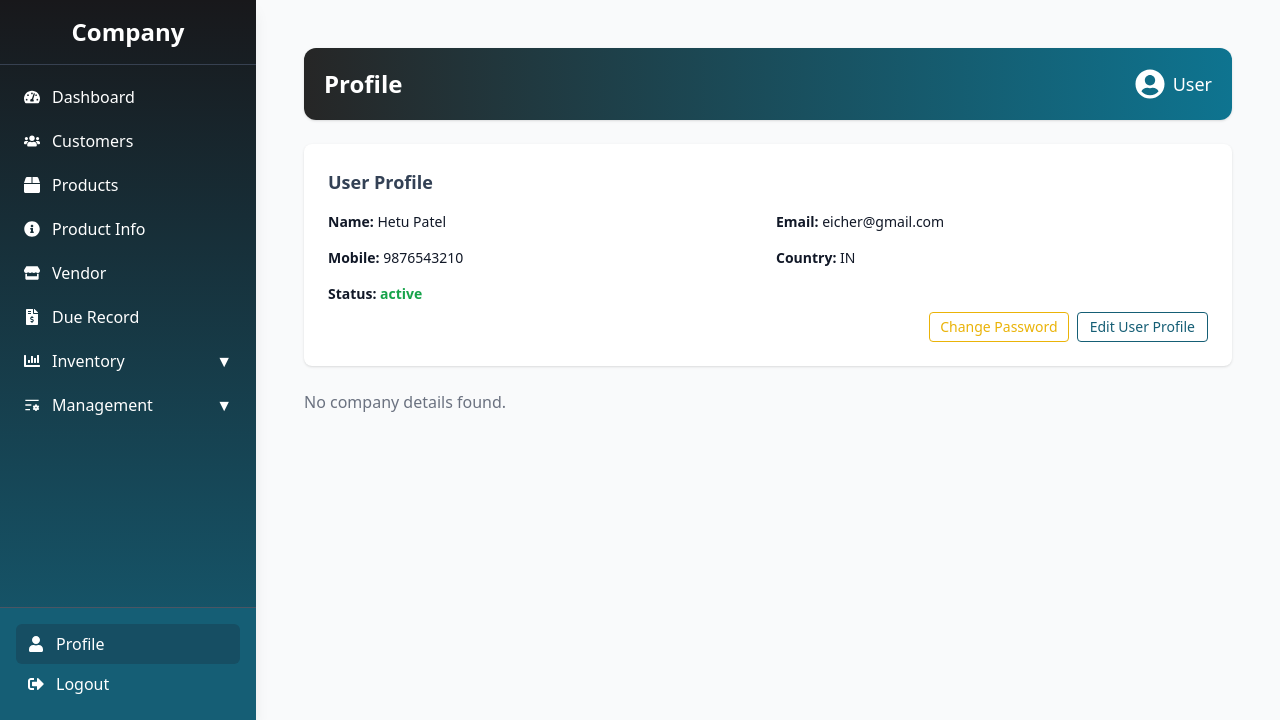
Repository: PalaiSoftware/React_Frontend
Page: /profile
An editor plug-in stored every save of this project. The page is shown before and after the next save, followed by the edit.
The browser window is 1280 px wide. The pictures show the whole page.
The page's requests for data from a server got no answer. The project was rebuilt for these pictures with package versions that can differ from the ones it lists, and the page was loaded fresh each time. No one was signed in, and anything a server would have sent is missing. Also part of the build but not shown: vite.config.js, src/pages/Home.jsx, src/pages/Login.jsx, src/pages/Register.jsx, src/components/Card.jsx, src/pages/Dashboard.jsx, src/components/Navbar.jsx, src/components/Footer.jsx and 12 more.

Above is the page before, as saved 2025-11-12 15:38:19.

### src/index.css
@tailwind base;
@tailwind components;
@tailwind utilities;

/* @import url('https://fonts.googleapis.com/css2?family=Raleway:wght@400;500;600;700&display=swap'); */

/* Optional: you can add global overrides here */
body {
  @apply bg-slate-50 text-gray-900;
}
/* body {
  font-family: 'Raleway', Arial, sans-serif;
} */


@keyframes slide-in {
  0% {
    opacity: 0;
    transform: translateX(100%);
  }
  100% {
    opacity: 1;
    transform: translateX(0);
  }
}

.animate-slide-in {
  animation: slide-in 0.3s ease-out forwards;
}

### src/layout/MainLayout.jsx
import { Outlet } from "react-router-dom";
import Sidebar from "../components/Sidebar";
import usePageTitle from "../hooks/usePageTitle"; // 👈 import the hook

export default function MainLayout() {
  usePageTitle(); // 👈 sets browser tab title dynamically

  return (
    <div className="flex min-h-screen bg-gray-50">
      {/* Sidebar (fixed) */}
      <Sidebar />

      {/* Main Content */}
      <main className="flex-1 md:ml-64 p-6 overflow-y-auto">
        <Outlet />
      </main>
    </div>
  );
}

### src/pages/Profile.jsx
import React, { useEffect, useState } from "react";
import { useNavigate } from "react-router-dom";
import Header from "../components/Header";
import { API_BASE_URL } from "../config";

const defaultUserFallback = {
  id: 2,
  rid: 1,
  name: "Hetu Patel",
  email: "eicher@gmail.com",
  mobile: "9876543210",
  country: "IN",
  role: "Admin",
  company_name: "EICHER MOTORS",
  user_status: "active",
  company_status: "active",
  address: "123 Main St, City, State",
  phone: "+1234567890",
  gst: "nmhjds296812",
  pan: "pan45545411",
  cid: 2,
  lastUpdated: "2025-09-12T00:00:00Z",
};

export default function Profile() {
  const navigate = useNavigate();

  const [user, setUser] = useState(() => {
    try {
      return JSON.parse(localStorage.getItem("user")) || defaultUserFallback;
    } catch {
      return defaultUserFallback;
    }
  });

  const [company, setCompany] = useState(null);
  const [loading, setLoading] = useState(false);
  const [toasts, setToasts] = useState([]);

  // Modals
  const [showEditUser, setShowEditUser] = useState(false);
  const [showEditCompany, setShowEditCompany] = useState(false);
  const [showChangePassword, setShowChangePassword] = useState(false);

  // Form states
  const [editUserData, setEditUserData] = useState({
    name: "",
    email: "",
    mobile: "",
    country: "",
  });
  const [editCompanyData, setEditCompanyData] = useState({
    name: "",
    phone: "",
    gst: "",
    pan: "",
    address: "",
    company_status: "active",
  });
  const [passwordForm, setPasswordForm] = useState({
    oldPassword: "",
    newPassword: "",
    confirmNewPassword: "",
  });

  // Password visibility
  const [showOldPwd, setShowOldPwd] = useState(false);
  const [showNewPwd, setShowNewPwd] = useState(false);
  const [showConfirmPwd, setShowConfirmPwd] = useState(false);

  //const API_BASE_URL = "http://127.0.0.1:8000/api"; // safe fallback
  const canAccessUserProfile = [1, 2, 3, 4, 5].includes(user?.rid);
  const canAccessCompanyProfile = [1, 2, 3].includes(user?.rid);

  // Toast helpers
  function addToast(message, isError = false) {
    const id = Date.now().toString();
    setToasts((t) => [...t, { id, message, isError }]);
    setTimeout(() => setToasts((t) => t.filter((x) => x.id !== id)), 3000);
  }

  function getAuthToken() {
    return localStorage.getItem("authToken");
  }

  function saveUserToLocal(u) {
    localStorage.setItem("user", JSON.stringify(u));
  }

  function performLogout() {
    localStorage.removeItem("authToken");
    localStorage.removeItem("user");
    localStorage.removeItem("selectedCompany");
    navigate("/login", { replace: true });
  }

  // API functions
  async function fetchUserDetails(userId) {
    try {
      const resp = await fetch(`${API_BASE_URL}/user/${userId}`, {
        headers: { Authorization: `Bearer ${getAuthToken()}` },
      });
      const data = await resp.json();
      return data.data || data.user || data;
    } catch {
      addToast("Failed to fetch user details", true);
      return null;
    }
  }

  async function fetchCompanyDetails(cid) {
    try {
      const resp = await fetch(`${API_BASE_URL}/clients/${cid}`, {
        headers: { Authorization: `Bearer ${getAuthToken()}` },
      });
      const data = await resp.json();
      return data.data || data.company || data;
    } catch {
      addToast("Failed to fetch company details", true);
      return null;
    }
  }

  async function updateUserDetailsAPI(userId, updatedData) {
    try {
      const resp = await fetch(`${API_BASE_URL}/user/${userId}`, {
        method: "PUT",
        headers: {
          Authorization: `Bearer ${getAuthToken()}`,
          "Content-Type": "application/json",
        },
        body: JSON.stringify(updatedData),
      });
      return await resp.json();
    } catch {
      addToast("Failed to update user", true);
      return null;
    }
  }

  async function updateCompanyDetailsAPI(cid, updatedData) {
    try {
      const resp = await fetch(`${API_BASE_URL}/clients/${cid}`, {
        method: "PUT",
        headers: {
          Authorization: `Bearer ${getAuthToken()}`,
          "Content-Type": "application/json",
        },
        body: JSON.stringify({
          name: updatedData.name,
          address: updatedData.address,
          phone: updatedData.phone,
          gst_no: updatedData.gst,
          pan: updatedData.pan,
          company_status: updatedData.company_status,
        }),
      });
      return await resp.json();
    } catch {
      addToast("Failed to update company", true);
      return null;
    }
  }

  async function changePasswordAPI(userId, data) {
    try {
      const resp = await fetch(`${API_BASE_URL}/change-password/${userId}`, {
        method: "POST",
        headers: {
          Authorization: `Bearer ${getAuthToken()}`,
          "Content-Type": "application/json",
        },
        body: JSON.stringify({
          email: user.email,
          old_password: data.oldPassword,
          new_password: data.newPassword,
          new_password_confirmation: data.confirmNewPassword,
        }),
      });
      return await resp.json();
    } catch {
      addToast("Failed to change password", true);
      return null;
    }
  }

  // Load user/company data
  useEffect(() => {
    async function load() {
      setLoading(true);
      const u = JSON.parse(localStorage.getItem("user")) || defaultUserFallback;
      const ud = await fetchUserDetails(u.id);
      if (ud) {
        const merged = { ...u, ...ud };
        setUser(merged);
        saveUserToLocal(merged);
      }
      if (canAccessCompanyProfile && u.cid) {
        const cd = await fetchCompanyDetails(u.cid);
        if (cd) setCompany(cd);
      }
      setLoading(false);
    }
    load();
    // eslint-disable-next-line react-hooks/exhaustive-deps
  }, []);

  const statusClass = (s) =>
    s === "active" ? "text-green-600 font-semibold" : "text-red-600 font-semibold";

  // Handlers
  async function handleUserSave(e) {
    e.preventDefault();
    const updatedUser = { ...user, ...editUserData };
    const result = await updateUserDetailsAPI(user.id, updatedUser);
    if (result?.status === "success") {
      saveUserToLocal(updatedUser);
      setUser(updatedUser);
      addToast("User updated successfully!");
      setShowEditUser(false);
      setTimeout(() => performLogout(), 1200);
    } else addToast("Failed to update user", true);
  }

  async function handleCompanySave(e) {
    e.preventDefault();
    const updated = { ...company, ...editCompanyData };
    const result = await updateCompanyDetailsAPI(user.cid, updated);
    if (result?.status === "success") {
      setCompany(updated);
      addToast("Company updated successfully!");
      setShowEditCompany(false);
    } else addToast("Failed to update company", true);
  }

  async function handleChangePassword(e) {
    e.preventDefault();
    if (passwordForm.newPassword !== passwordForm.confirmNewPassword)
      return addToast("Passwords do not match", true);

    const result = await changePasswordAPI(user.id, passwordForm);
    if (result?.status === "success") {
      addToast("Password changed successfully!");
      setShowChangePassword(false);
      setTimeout(() => performLogout(), 1200);
    } else addToast("Failed to change password", true);
  }

  return (
    <main className="flex-1 bg-gray-50 p-6">
      <Header
        title="Profile"
        bgColor="bg-gradient-to-r from-neutral-800 to-cyan-700 text-white"
      />

      {/* Toast Notifications */}
      <div className="fixed top-6 right-6 z-50 flex flex-col gap-2">
        {toasts.map((t) => (
          <div
            key={t.id}
            className={`px-4 py-2 rounded text-white shadow ${
              t.isError ? "bg-red-600" : "bg-green-600"
            }`}
          >
            {t.message}
          </div>
        ))}
      </div>

      {/* USER PROFILE */}
      {canAccessUserProfile ? (
        <div className="bg-white p-6 rounded-lg shadow mb-6">
            <h3 className="text-lg font-semibold text-slate-700 mb-1">
              User Profile
            </h3>


          <div className="grid grid-cols-1 sm:grid-cols-2 gap-4 text-sm mt-4">
            <p>
              <strong>Name:</strong> {user.name}
            </p>
            <p>
              <strong>Email:</strong> {user.email}
            </p>
            <p>
              <strong>Mobile:</strong> {user.mobile}
            </p>
            <p>
              <strong>Country:</strong> {user.country}
            </p>
            <p>
              <strong>Status:</strong>{" "}
              <span className={statusClass(user.user_status)}>
                {user.user_status}
              </span>
            </p>
          </div>
              <div className="flex flex-wrap justify-center sm:justify-end gap-2 mt-2">
            <button
              onClick={() => setShowChangePassword(true)}
              className="px-2.5 py-1 border border-yellow-500 text-yellow-500 rounded text-xs sm:text-sm hover:bg-yellow-500 hover:text-white transition-all"
            >
              Change Password
            </button>

            <button
              onClick={() => {
                setEditUserData(user);
                setShowEditUser(true);
              }}
              className="px-3 py-1 border border-cyan-800 text-cyan-800 rounded text-xs sm:text-sm hover:bg-cyan-800 hover:text-white transition-all"
            >
              Edit User Profile
            </button>
          </div>
        </div>
      ) : (
        <div className="text-red-600 font-semibold">
          Access denied to User Profile
        </div>
      )}

      {/* COMPANY PROFILE */}
      {canAccessCompanyProfile && company ? (
        <div className="bg-white p-6 rounded-lg shadow mb-6">
          <div className="flex justify-between items-center mb-4">
            <h3 className="text-lg font-semibold text-slate-700">
              Company Profile
            </h3>
            <button
              onClick={() => {
                setEditCompanyData(company);
                setShowEditCompany(true);
              }}
              className="px-3 py-1 border border-cyan-800 text-cyan-800 rounded text-sm hover:bg-cyan-800 hover:text-white"
            >
              Edit
            </button>
          </div>
          <div className="grid grid-cols-1 sm:grid-cols-2 gap-4 text-sm">
            <p>
              <strong>Company Name:</strong> {company.name}
            </p>
            <p>
              <strong>Address:</strong> {company.address}
            </p>
            <p>
              <strong>Phone:</strong> {company.phone}
            </p>
            <p>
              <strong>GST:</strong> {company.gst_no}
            </p>
            <p>
              <strong>PAN:</strong> {company.pan}
            </p>
            <p>
              <strong>Status:</strong>{" "}
              <span className={statusClass(company.company_status)}>
                {company.company_status}
              </span>
            </p>
          </div>
        </div>
      ) : (
        canAccessCompanyProfile && (
          <div className="text-gray-500">No company details found.</div>
        )
      )}

      {/* Edit User Modal */}
      {showEditUser && (
        <div className="fixed inset-0 bg-black/40 flex justify-center items-center z-50">
          <form
            onSubmit={handleUserSave}
            className="bg-white p-6 rounded-lg w-80 sm:w-96 space-y-3"
          >
            <h3 className="text-lg font-semibold mb-2">Edit User</h3>
            {["name", "email", "mobile", "country"].map((f) => (
              <input
                key={f}
                className="w-full border p-2 rounded"
                placeholder={f.charAt(0).toUpperCase() + f.slice(1)}
                value={editUserData[f] || ""}
                onChange={(e) =>
                  setEditUserData({ ...editUserData, [f]: e.target.value })
                }
              />
            ))}
            <div className="flex justify-end gap-2 mt-3">
              <button
                type="button"
                onClick={() => setShowEditUser(false)}
                className="px-3 py-1 bg-gray-300 rounded text-sm"
              >
                Cancel
              </button>
              <button
                type="submit"
                className="px-3 py-1 border border-cyan-800 text-cyan-800 rounded text-sm hover:bg-cyan-800 hover:text-white transition-all"
              >
                Save
              </button>
            </div>
          </form>
        </div>
      )}

      {/* Edit Company Modal */}
      {showEditCompany && (
        <div className="fixed inset-0 bg-black/40 flex justify-center items-center z-50">
          <form
            onSubmit={handleCompanySave}
            className="bg-white p-6 rounded-lg w-80 sm:w-96 space-y-3"
          >
            <h3 className="text-lg font-semibold mb-2">Edit Company</h3>
            {["name", "phone", "gst", "pan", "address"].map((f) =>
              f === "address" ? (
                <textarea
                  key={f}
                  className="w-full border p-2 rounded"
                  placeholder="Address"
                  value={editCompanyData.address || ""}
                  onChange={(e) =>
                    setEditCompanyData({
                      ...editCompanyData,
                      address: e.target.value,
                    })
                  }
                />
              ) : (
                <input
                  key={f}
                  className="w-full border p-2 rounded"
                  placeholder={f.toUpperCase()}
                  value={editCompanyData[f] || ""}
                  onChange={(e) =>
                    setEditCompanyData({
                      ...editCompanyData,
                      [f]: e.target.value,
                    })
                  }
                />
              )
            )}
            <div className="flex justify-end gap-2 mt-3">
              <button
                type="button"
                onClick={() => setShowEditCompany(false)}
                className="px-3 py-1 bg-gray-300 rounded text-sm"
              >
                Cancel
              </button>
              <button
                type="submit"
                className="px-3 py-1 border border-cyan-800 text-cyan-800 rounded text-sm hover:bg-cyan-800 hover:text-white transition-all"
              >
                Save
              </button>
            </div>
          </form>
        </div>
      )}

      {/* Change Password Modal */}
      {showChangePassword && (
        <div className="fixed inset-0 bg-black/40 flex justify-center items-center z-50">
          <form
            onSubmit={handleChangePassword}
            className="bg-white p-6 rounded-lg w-80 sm:w-96 space-y-3"
          >
            <h3 className="text-lg font-semibold mb-2">Change Password</h3>
            {[
              { key: "oldPassword", label: "Old Password", show: showOldPwd, set: setShowOldPwd },
              { key: "newPassword", label: "New Password", show: showNewPwd, set: setShowNewPwd },
              {
                key: "confirmNewPassword",
                label: "Confirm New Password",
                show: showConfirmPwd,
                set: setShowConfirmPwd,
              },
            ].map(({ key, label, show}) => (
              <input
                key={key}
                type={show ? "text" : "password"}
                className="w-full border p-2 rounded"
                placeholder={label}
                value={passwordForm[key] || ""}
                onChange={(e) =>
                  setPasswordForm({ ...passwordForm, [key]: e.target.value })
                }
              />
            ))}
            <div className="flex justify-end gap-2 mt-3">
              <button
                type="button"
                onClick={() => setShowChangePassword(false)}
                className="px-3 py-1 bg-gray-300 rounded text-sm"
              >
                Cancel
              </button>
              <button
                type="submit"
                className="px-3 py-1 border border-cyan-800 text-cyan-800 rounded text-sm hover:bg-cyan-800 hover:text-white transition-all"
              >
                Save
              </button>
            </div>
          </form>
        </div>
      )}

      {/* Loading Overlay */}
      {loading && (
        <div className="fixed inset-0 bg-black/30 flex justify-center items-center z-50">
          <div className="bg-white p-4 rounded shadow">Loading...</div>
        </div>
      )}
    </main>
  );
}

### src/components/Header.jsx
import React from "react";
import { useNavigate, useLocation } from "react-router-dom";
import { FaUserCircle } from "react-icons/fa";

export default function Header({
  title = "Dashboard",
  bgColor = "bg-white text-slate-800",
}) {
  const navigate = useNavigate();
  const location = useLocation();

  const user = JSON.parse(localStorage.getItem("user") || "{}");

  const hiddenRoutes = ["/login", "/register"];
  if (hiddenRoutes.includes(location.pathname)) return null;

  return (
    <div
      className={`container mx-auto flex justify-between items-center p-3 sm:p-4 md:p-5 shadow rounded-xl mb-6 transition-colors duration-300 ${bgColor}`}
    >
      {/* Responsive Title Text */}
      <h4 className="text-base sm:text-lg md:text-xl lg:text-2xl font-semibold">
        {title}
      </h4>

      {/* Profile Section (smaller on mobile) */}
      <div
        className="flex items-center gap-2 cursor-pointer  transition"
        onClick={() => navigate("/profile")}
      >
        <FaUserCircle className="text-xl sm:text-2xl md:text-3xl" />
        <span className="text-sm sm:text-base md:text-lg font-medium">
          {user?.name || user?.client_name || "User"}
        </span>
      </div>
    </div>
  );
}

Loaded but not shown: src/main.jsx (common file); tailwind.config.js (common file); src/hooks/usePageTitle.js (38 lines, source omitted); src/config.js (2 lines, source omitted); src/components/Sidebar.jsx (252 lines, source omitted); src/App.jsx (59 lines, source omitted)

After the next save:
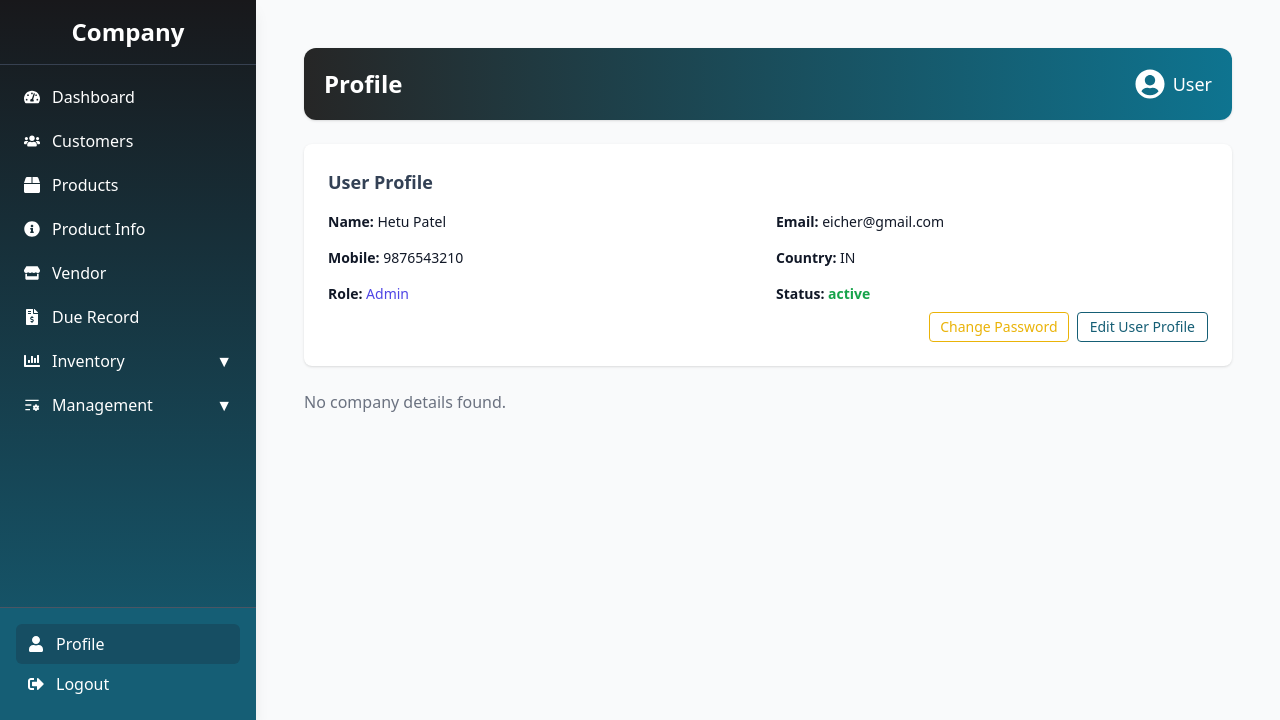
Saved 6 min 3 s later.
--- a/src/pages/Profile.jsx
+++ b/src/pages/Profile.jsx
@@ -68,7 +68,6 @@ export default function Profile() {
   const [showNewPwd, setShowNewPwd] = useState(false);
   const [showConfirmPwd, setShowConfirmPwd] = useState(false);
 
-  //const API_BASE_URL = "http://127.0.0.1:8000/api"; // safe fallback
   const canAccessUserProfile = [1, 2, 3, 4, 5].includes(user?.rid);
   const canAccessCompanyProfile = [1, 2, 3].includes(user?.rid);
 
@@ -205,8 +204,21 @@ export default function Profile() {
     // eslint-disable-next-line react-hooks/exhaustive-deps
   }, []);
 
+  // Helper: status styling
   const statusClass = (s) =>
     s === "active" ? "text-green-600 font-semibold" : "text-red-600 font-semibold";
+
+  // Helper: map rid → readable role
+  const getRoleLabel = (rid) => {
+    const map = {
+      1: "Admin",
+      2: "Moderator",
+      3: "Authenticated",
+      4: "Anonymous",
+      5: "Guest",
+    };
+    return map[rid] || "Unknown";
+  };
 
   // Handlers
   async function handleUserSave(e) {
@@ -270,10 +282,9 @@ export default function Profile() {
       {/* USER PROFILE */}
       {canAccessUserProfile ? (
         <div className="bg-white p-6 rounded-lg shadow mb-6">
-            <h3 className="text-lg font-semibold text-slate-700 mb-1">
-              User Profile
-            </h3>
-
+          <h3 className="text-lg font-semibold text-slate-700 mb-1">
+            User Profile
+          </h3>
 
           <div className="grid grid-cols-1 sm:grid-cols-2 gap-4 text-sm mt-4">
             <p>
@@ -288,6 +299,15 @@ export default function Profile() {
             <p>
               <strong>Country:</strong> {user.country}
             </p>
+
+            {/* NEW: Role Field */}
+            <p>
+              <strong>Role:</strong>{" "}
+              <span className="capitalize font-medium text-indigo-600">
+                {user.role?.toLowerCase() || getRoleLabel(user.rid)}
+              </span>
+            </p>
+
             <p>
               <strong>Status:</strong>{" "}
               <span className={statusClass(user.user_status)}>
@@ -295,7 +315,8 @@ export default function Profile() {
               </span>
             </p>
           </div>
-              <div className="flex flex-wrap justify-center sm:justify-end gap-2 mt-2">
+
+          <div className="flex flex-wrap justify-center sm:justify-end gap-2 mt-2">
             <button
               onClick={() => setShowChangePassword(true)}
               className="px-2.5 py-1 border border-yellow-500 text-yellow-500 rounded text-xs sm:text-sm hover:bg-yellow-500 hover:text-white transition-all"
@@ -328,10 +349,18 @@ export default function Profile() {
               Company Profile
             </h3>
             <button
-              onClick={() => {
-                setEditCompanyData(company);
-                setShowEditCompany(true);
-              }}
+             onClick={() => {
+  setEditCompanyData({
+    name: company.name || "",
+    phone: company.phone || "",
+    gst: company.gst_no || "",   // ✅ map gst_no → gst
+    pan: company.pan || "",
+    address: company.address || "",
+    company_status: company.company_status || "active",
+  });
+  setShowEditCompany(true);
+}}
+
               className="px-3 py-1 border border-cyan-800 text-cyan-800 rounded text-sm hover:bg-cyan-800 hover:text-white"
             >
               Edit
@@ -478,17 +507,28 @@ export default function Profile() {
                 show: showConfirmPwd,
                 set: setShowConfirmPwd,
               },
-            ].map(({ key, label, show}) => (
-              <input
-                key={key}
-                type={show ? "text" : "password"}
-                className="w-full border p-2 rounded"
-                placeholder={label}
-                value={passwordForm[key] || ""}
-                onChange={(e) =>
-                  setPasswordForm({ ...passwordForm, [key]: e.target.value })
-                }
-              />
+            ].map(({ key, label }) => (
+              <div key={key} className="relative">
+                <input
+                  type={passwordForm[`show${key}`] ? "text" : "password"}
+                  className="w-full border p-2 pr-10 rounded"
+                  placeholder={label}
+                  value={passwordForm[key] || ""}
+                  onChange={(e) =>
+                    setPasswordForm({ ...passwordForm, [key]: e.target.value })
+                  }
+                />
+                <button
+                  type="button"
+                  onClick={() => setPasswordForm((prev) => ({
+                    ...prev,
+                    [`show${key}`]: !prev[`show${key}`],
+                  }))}
+                  className="absolute inset-y-0 right-2 flex items-center text-gray-500"
+                >
+                  {passwordForm[`show${key}`] ? "Hide" : "Show"}
+                </button>
+              </div>
             ))}
             <div className="flex justify-end gap-2 mt-3">
               <button
